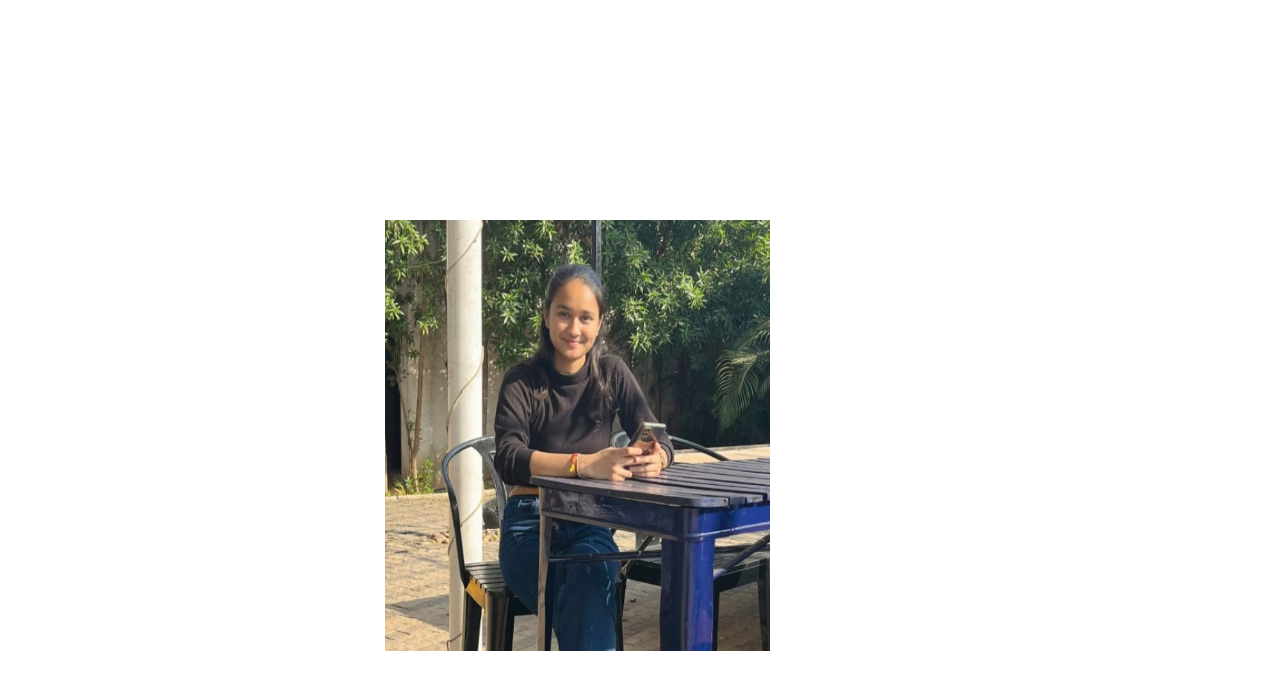
Repository: harshitap1305/Portfolio
Page: /
The author's editor kept a copy of each file at every save. The page is drawn from the files as they stood at one save, then again after the next save.
The browser window is 1280 px wide. The pictures show the whole page.
The project was rebuilt for these pictures with package versions that can differ from the ones it lists, and the page was loaded fresh each time. Also part of the build but not shown: vite.config.js.

Above is the page before, as saved 2025-03-27 17:04:39.

### index.html
<!doctype html>
<html lang="en">
  <head>
    <meta charset="UTF-8" />

    <meta name="viewport" content="width=device-width, initial-scale=1.0" />
    <title>Harshita's Portfolio</title>
  </head>
  <body>
    <div id="root"></div>
    <script type="module" src="/src/main.jsx"></script>
  </body>
</html>

### src/App.jsx
import Home from './Home.jsx'

function App() {


  return (
    <>
      <Home/>
    </>
  )
}

export default App

### src/Home.jsx
import React from 'react'
import harshita from './assets/harshita.png'
import './App.css'
const Home = () => {
  return (
    <>
    <img src={harshita} alt="Harshita Patidar" className='harshita'/>
    <h2 className='name'>Hey, I am Harshita Patidar!</h2>

    </>
  )
}

export default Home

### src/App.css


/* Me */


.name{
font-family: 'Preahvihear';
font-style: normal;
font-weight: 400;
font-size: 50px;
line-height: 63px;
display: flex;
align-items: center;
letter-spacing: 0.02em;
color: #FFFFFF;
}

/* Gradient */
.harshita{
position: absolute;
width: 385px;
height: 431px;
left: 385px;
top: 220px;

background: radial-gradient(50% 50% at 50% 50%, #763CAC 0%, rgba(50, 15, 133, 0) 100%);
}

Loaded but not shown: src/main.jsx (common file); src/index.css (common file)

After the next save:
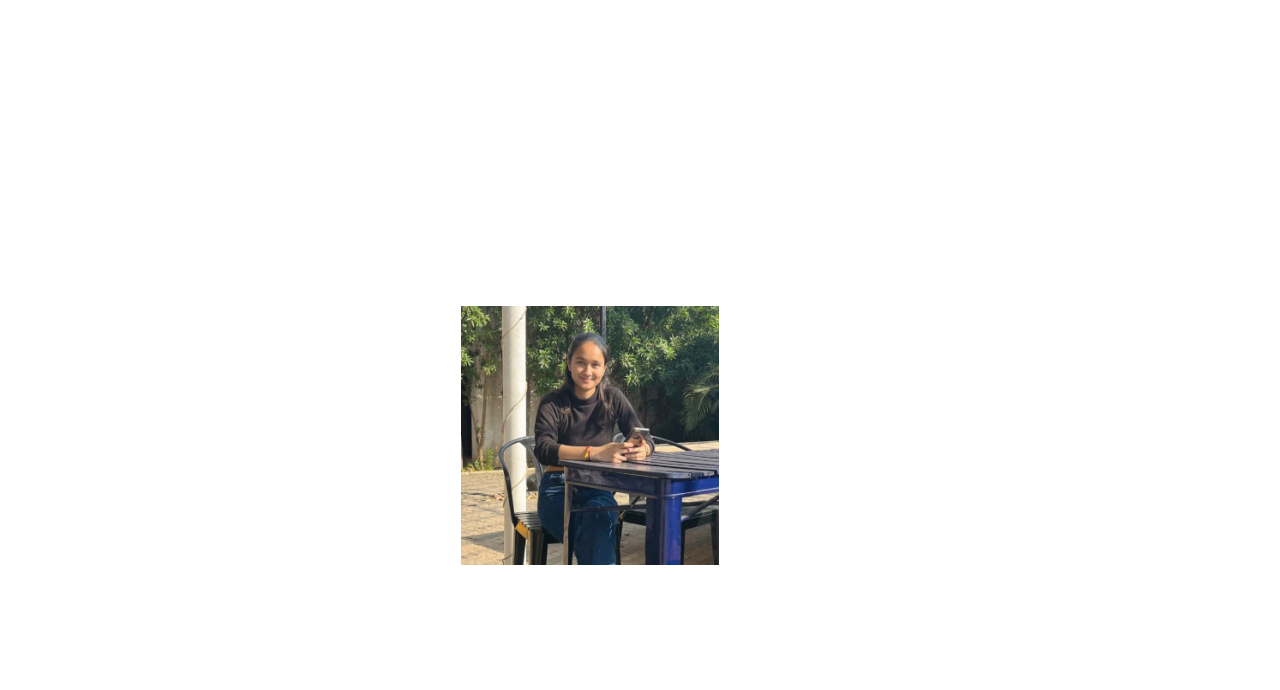
Saved 7 s later.
--- a/src/App.css
+++ b/src/App.css
@@ -25,3 +25,10 @@ top: 220px;
 
 background: radial-gradient(50% 50% at 50% 50%, #763CAC 0%, rgba(50, 15, 133, 0) 100%);
 }
+.harshita {
+  position: absolute;
+  width: 258px;
+  height: 259px;
+  left: 461px;
+  top: 305.96px;
+  }
